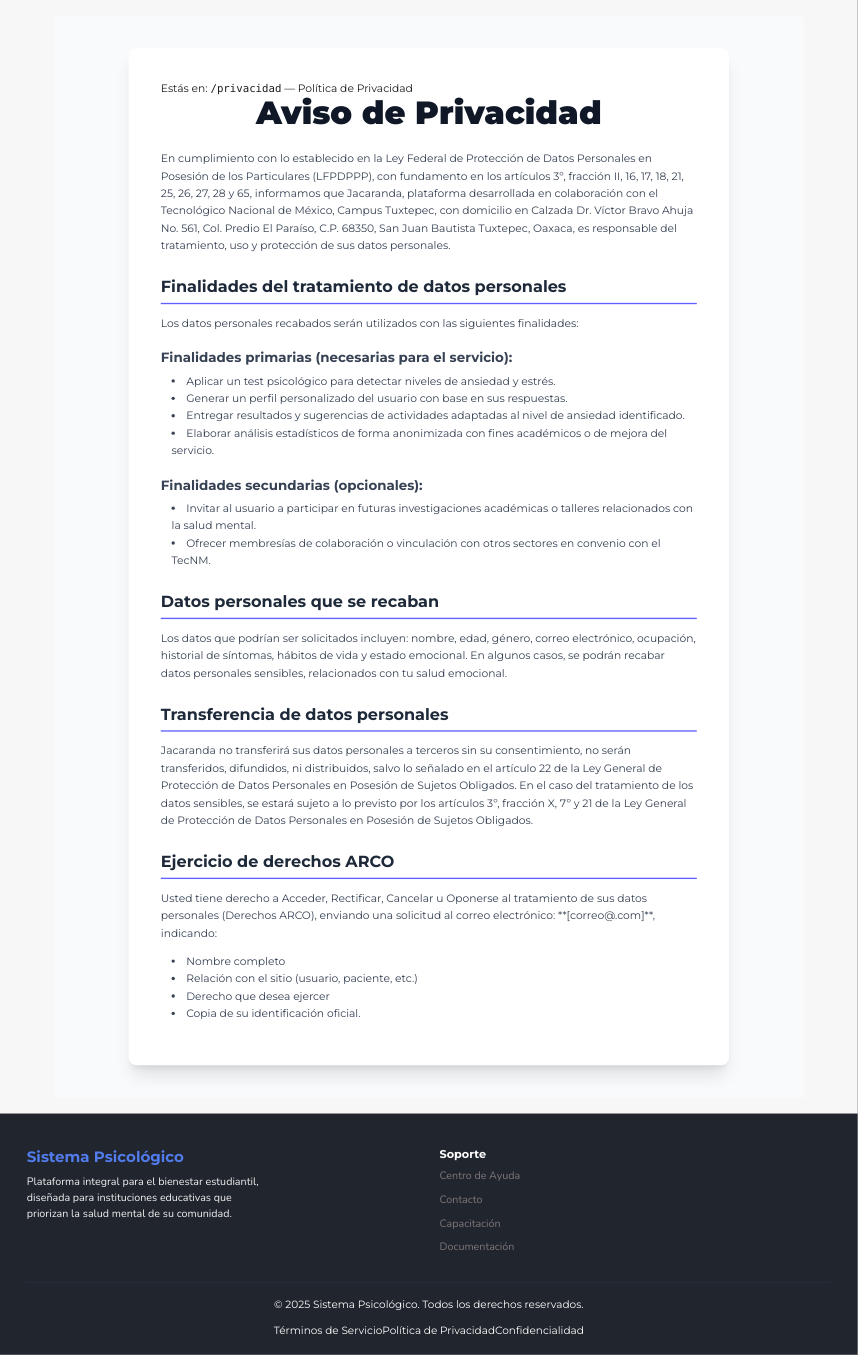
Repository: moon1710/SistemaPsico
Page: /privacidad (app in client/)
An editor plug-in stored every save of this project. The page is shown before and after the next save, followed by the edit.
The browser window is 1280 px wide. The pictures show the whole page, at 67% of full size.
The project was rebuilt for these pictures with package versions that can differ from the ones it lists, and the page was loaded fresh each time. Also part of the build but not shown: client/vite.config.js, client/src/components/onboarding/onboardingConfig.js, client/src/components/onboarding/TutorialSteps.jsx, client/src/components/onboarding/WelcomeForm.jsx, client/src/components/onboarding/OnboardingModal.jsx, client/src/components/layout/AdaptiveSidebar/sidebarConfig.jsx, client/src/components/layout/AdaptiveSidebar/MenuItem.jsx, client/src/components/layout/AdaptiveSidebar/SidebarHeader.jsx and 40 more.

Above is the page before, as saved 2025-09-22 15:49:11.

After the next save:
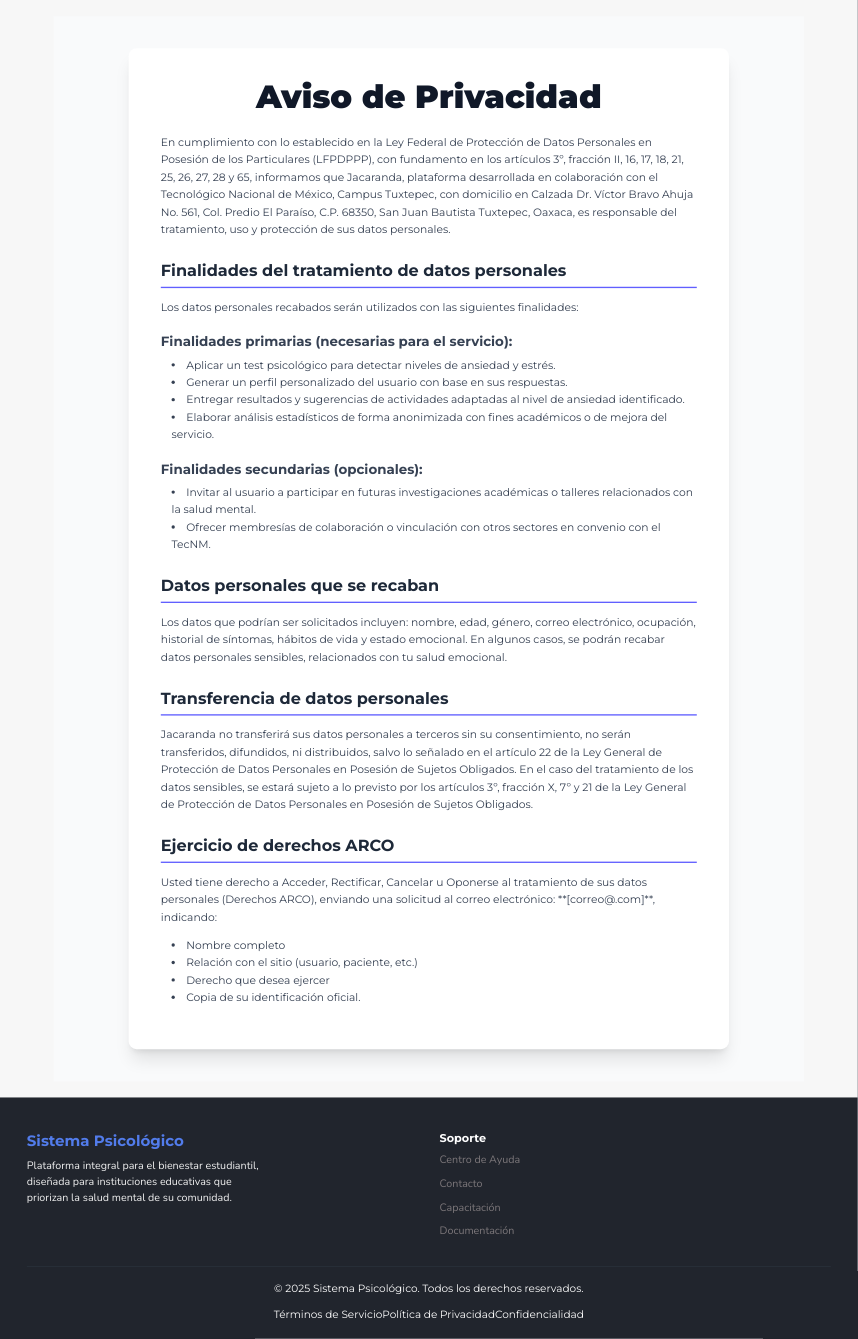
Saved 76 s later.
--- a/client/src/pages/PrivacidadPage.jsx
+++ b/client/src/pages/PrivacidadPage.jsx
@@ -1,11 +1,11 @@
 // src/pages/PrivacidadPage.jsx
-import { useLocation } from "react-router-dom";
+
 export default function PrivacidadPage() {
-  const { pathname } = useLocation();
   return (
     <div className="bg-gray-50 py-12 px-4 sm:px-6 lg:px-8">
       <div className="max-w-4xl mx-auto bg-white rounded-xl shadow-xl p-8 md:p-12">
-        Estás en: <code>{pathname}</code> — Política de Privacidad
+
+
         <h1 className="text-4xl md:text-5xl font-extrabold text-center mb-8 text-gray-900">
           Aviso de Privacidad
         </h1>
